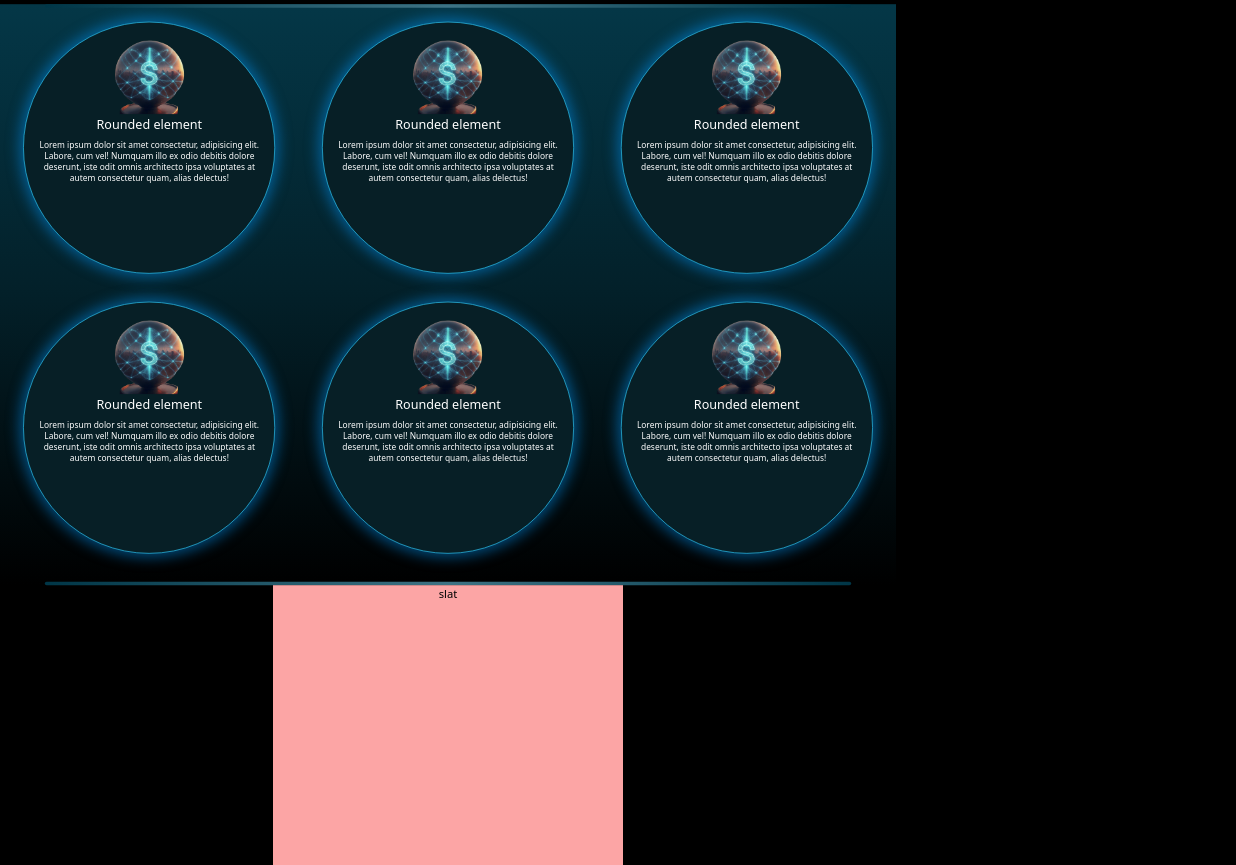
Repository: TMuse333/q3-desings2
Page: /
These files come from the project's save history. The page is drawn as it stood at one moment and after the next save; the edit follows.
The browser window is 1280 px wide. The page is 1280 px wide, then 1766 px, so the pictures cover 1766 px, including what lies to the right of the window. The pictures show the part of the page from y = 1630 to 2990 px (the page is 2866 px tall before and 2990 px after), at 70% of full size.
The project was rebuilt for these pictures with package versions that can differ from the ones it lists, and the page was loaded fresh each time. Also part of the build but not shown: vite.config.ts.

Above is the page before, as saved 2024-05-11 14:18:35.

### src/main.tsx
import React from 'react'
import ReactDOM from 'react-dom/client'
import App from './App.js'
import './index.css'
import {ContextProvider} from './context/context'

ReactDOM.createRoot(document.getElementById('root')!).render(
  <ContextProvider>
  <React.StrictMode>
    <App />
  </React.StrictMode>
  </ContextProvider>,
)

### src/App.tsx


import './App.css'

import Homepage from './components/homepage/homepage'

function App() {


  return (
    <>
<Homepage/>
    </>
  )
}

export default App

### src/index.css
@tailwind base;
@tailwind components;
@tailwind utilities;

#root{
    background-color: black;
    height:100vh;
}

body{
    background-color: black;
}

button{
    padding:0.5rem 2rem;
    background-color: black;
    color:white;
    border-radius: 1rem;
}

h1{
    color:white;
    font-size: 2rem;
}

p{
    color:white;
    /* font-size: 1.5rem; */
}

button{
    background-color: #00769e;
}

.glow {
    box-shadow: 0 0 20px 5px #3e7384;
    box-shadow: 0 0 20px 5px #003647;
box-shadow: 0 0 20px 5px rgba(2, 148, 245, 0.5);
}

.glow:hover{
    box-shadow: 0 0 40px 5px rgba(2, 148, 245, 0.5);
}

### src/context/context.tsx
import React, { createContext, useState, useContext, ReactNode, useEffect } from 'react';

// Define the type for the context value
interface GeneralContextType {
  textYPosition: number;
  setTextYPosition: React.Dispatch<React.SetStateAction<number>>;
  isMobile: boolean;
  setIsMobile: React.Dispatch<React.SetStateAction<boolean>>;
  setSecondCircleComplete:React.Dispatch<React.SetStateAction<boolean[]>>;
  secondCircleComplete: boolean[];
  isMobile2: boolean;
  setIsMobile2: React.Dispatch<React.SetStateAction<boolean>>;
  handleCircleComplete: (index: number, value: boolean) => void;
}

// Create the context
export const GeneralContext = createContext<GeneralContextType | undefined>(undefined);

// Create a provider component
export const ContextProvider: React.FC<{ children: ReactNode }> = ({ children }) => {
  // Initialize the value state
  const [textYPosition, setTextYPosition] = useState<number>(0);

  // Detect mobile devices
  const [isMobile, setIsMobile] = useState<boolean>(window.innerWidth <= 655);

  const [isMobile2, setIsMobile2] = useState<boolean>(window.innerWidth <= 655);

  const [secondCircleComplete, setSecondCircleComplete] = useState<boolean[]>(
    Array.from({ length: 7 }, () => false)
  );

  const handleCircleComplete = (index: number, value: boolean) => {
    setSecondCircleComplete((prev) => {
      const newState = [...prev]; // Create a copy of the previous state array
      newState[index] = value; // Update the value at the specified index
      return newState; // Return the new state array
    });
  };



  useEffect(() => {
    const handleScroll = () => {
      setIsMobile(window.innerWidth <= 655);
    };
    window.addEventListener('scroll', handleScroll);
    handleScroll();

    return () => {
      window.removeEventListener('scroll', handleScroll);
    };
  }, []);

  useEffect(() => {
    const handleScroll = () => {
      setIsMobile2(window.innerWidth <= 400);
    };
    window.addEventListener('scroll', handleScroll);
    handleScroll();

    return () => {
      window.removeEventListener('scroll', handleScroll);
    };
  }, []);

  useEffect(() => {
    console.log('is mobile', isMobile);
  }, [isMobile]);

  const contextValue = {
    textYPosition,
    setTextYPosition,
    isMobile,
    setIsMobile,
    secondCircleComplete,
    setSecondCircleComplete,
    isMobile2,
    setIsMobile2,
    handleCircleComplete
  };

  return <GeneralContext.Provider value={contextValue}>{children}</GeneralContext.Provider>;
};

export const useGeneralContext = (): GeneralContextType => {
  const context = useContext(GeneralContext);
  if (!context) {
    throw new Error('useGeneralContext must be used within a ContextProvider');
  }
  return context;
};

### src/App.css
#root {
  max-width: 1280px;
  margin: 0 auto;
  padding: 2rem;
  text-align: center;
}

.logo {
  height: 6em;
  padding: 1.5em;
  will-change: filter;
  transition: filter 300ms;
}
.logo:hover {
  filter: drop-shadow(0 0 2em #646cffaa);
}
.logo.react:hover {
  filter: drop-shadow(0 0 2em #61dafbaa);
}

.h1{
  color:red;
}

@keyframes logo-spin {
  from {
    transform: rotate(0deg);
  }
  to {
    transform: rotate(360deg);
  }
}

@media (prefers-reduced-motion: no-preference) {
  a:nth-of-type(2) .logo {
    animation: logo-spin infinite 20s linear;
  }
}

.card {
  padding: 2em;
}

.read-the-docs {
  color: #888;
}

### src/components/homepage/homepage.tsx
import React from "react";
import { CircleInfoGraphic } from "../circleInfographic/circleInfoGraphic";
import Content from "../content/content";
import q3 from '../../media/q3-visuals-logo-2.png'
import TextFormat from "../textFormat/textFormat";

// import { TextParallaxContentExample } from "../parallaxText/parallaxText";
import MultiLayerParallax from "../mountainParallax/mountainParallax";
import ParticlesComponent from "../particles/particles";
import nobgLaptop from '../../media/Gemini_Generated_Image_r055a1r055a1r055-removebg-preview.png'
import moneyBall from '../../media/futuristic-money-ball-removebg-preview.png'
import { description1 } from "../../data/data";
import AlternatingText from "../alternatingText/alternatingText";

import CircleList from "../circleListElement/circleList";
import Carousel from "../carousel/carousel";


const Homepage: React.FC = () => {

    const images = [
        moneyBall,
        nobgLaptop,
        q3
    ]


    // useEffect(() => {
    //     const loadTime = window.performance.timing.loadEventEnd - window.performance.timing.navigationStart;
    //     console.log('Page load time:', loadTime, 'milliseconds');
    // }, []);



    return (
        <section className="absolute top-0 left-0 w-screen">


            {/* <ParticlesComponent/> */}
            <MultiLayerParallax/>

            {/* <TextParallaxContentExample/> */}

            {/* <Content
            mainTitle='Your digital presence is important'
            image={nobgLaptop}
            customText={null}
            reverse={true}
            description={description1}
            floatingImage={true}
            hasAnimation={true}
            />

            <AlternatingText/>

            <Content
            mainTitle='Benefits of a website'
            image={moneyBall}
            customText={<TextFormat
            isAnimated={true}
            reverse={false}/>}
            reverse={false}
            description={null}
            floatingImage={true}
            hasAnimation={true}

            /> */}



<div className="relative bg-gradient-to-b from-[#043747] via-[#032029] to-transparent w-screen">
<CircleList/>
</div>

<div className="relative bg-gradient-to-b from-[#043747] via-[#032029] to-transparent w-screen">

<CircleInfoGraphic/>
</div>


<Carousel images={images}

/>




        </section>
    )
}


export default Homepage

### src/components/circleInfographic/circleInfoGraphic.tsx
import React, {useState,useRef } from "react";
import ball from '../../media/futuristic-money-ball-removebg-preview.png'
import { motion,Variants} from 'framer-motion'
import useIntersectionObserver from "../intersectionObserver/intersectionObserver";
interface CircleProps {
    image:string
}

const CircleElement: React.FC<CircleProps> = ({image}) => {

    const [inView, setInView] = useState<boolean>(false)

    const options = {
        root: null,
        rootMargin: '-25px',
        threshold: 1,
    };

    // Apply intersection observer hook to detect when the component is in view
    const componentRef = useIntersectionObserver(setInView, options);

    const circleVariants:Variants =  {
        initial:{
            opacity:0,
            y:-60
        },
        animate:{
            opacity:1,
            y:0
        }
    }

    return (
        <motion.section
        ref={componentRef}
        variants={circleVariants}
        initial='initial'
        animate={inView ? 'animate' : 'initial'}
         className={`mt-5 mb-5
        rounded-full bg-[#071f26] hover:bg-[#0e3a47]
        mr-auto ml-auto transition-all
        h-[95vw] w-[95vw] border border-[#2dc0eb]
        flex flex-col  shadow-xl max-w-[360px]
        max-h-[360px]
        sm:w-[48vw] sm:h-[48vw]
        lg:w-[32vw] lg:h-[32vw]
        ${inView ? 'glow' : ''}`}>

            <div className="mt-4">
            <img className="w-[35vw]
            max-w-[115px] max-h-[115px] h-[35vw]
            sm:w-[10vw] sm:h-[10vw] object-cover
            mr-auto ml-auto"
            src={image}
            />
            <h1 className="text-3xl sm:text-lm lg:text-lg ">Rounded element</h1>
            <p className=" ml-auto mr-auto text-sm sm:text-xs pr-5 pl-5 pt-2">Lorem ipsum dolor sit amet consectetur, adipisicing elit. Labore, cum vel! Numquam illo ex odio debitis dolore deserunt, iste odit omnis architecto ipsa voluptates at autem consectetur quam, alias delectus!</p>
            </div>
        </motion.section>
    )
}


export const CircleInfoGraphic = () => {

    return (
        <>
          <div className="mt-5
        w-[90vw] h-[5px]
         bg-gradient-to-r from-[#003647] via-[#3e7384] to-[#003647]
        ml-auto mr-auto rounded-[200rem]
        ">

       </div>
        <section className={`flex
         justify-center flex-col items-center
          sm:grid sm:grid-cols-2 lg:grid-cols-3
           gap-4 lg:gap-0 w-screen max-w-[1500px]  ml-auto mr-auto
          `}>
            <CircleElement
            image={ball}/>
             <CircleElement
            image={ball}/>
                  <CircleElement
            image={ball}/>
             <CircleElement
            image={ball}/>
             <CircleElement
            image={ball}/>
                  <CircleElement
            image={ball}/>
        </section>
        <div className="mt-5
        w-[90vw] h-[5px]
         bg-gradient-to-r from-[#003647] via-[#3e7384] to-[#003647]
        ml-auto mr-auto rounded-[200rem]">

       </div>
       </>
    )
}

### src/components/mountainParallax/mountainParallax.tsx
import  { useRef } from "react";
import bottom from '../../media/bottom-mountain.png'

import full from '../../media/no-bg-mountain.png'
import q3 from '../../media/q3-words.png'
import { motion, useScroll, useTransform } from 'framer-motion'

export default function MultiLayerParallax() {
    const ref = useRef(null);
    const { scrollYProgress } = useScroll({
      target: ref,
      offset: ["start start", "end start"],
    });
    const backgroundY = useTransform(scrollYProgress, [0, 1], ["0%", "100%"]);
    const textY = useTransform(scrollYProgress, [0, 1], ["-20%", "200%"]);

    return (
      <div
        ref={ref}
        className="w-full h-screen overflow-hidden relative grid place-items-center"
      >
       {/* <motion.div className="z-10 relative"
         style={{ y: textY }}> */}
        <motion.img
style={{
    y:textY
}}
        src={q3}
          className="relative z-10 b"
        />
        {/* <motion.h1 className="relative z-10"
        style={{
            y:textY
        }}>
            slatry
        </motion.h1> */}


        <motion.p style={{
             y:textY
        }}
         className="text-white text-2xl relative z-10  mt-[-30rem] sm:-mt-[40rem]">Elevating Brands with discipline and creativity
         </motion.p>
         {/* </motion.div> */}


        <motion.div
          className="absolute inset-0 z-0"
          style={{
            backgroundImage: `url(${full})`,
            backgroundPosition: "bottom",
            backgroundSize: "cover",
            y: backgroundY,
          }}
        />
        <div
          className="absolute inset-0 z-20"
          style={{
            backgroundImage: `url(${bottom})`,
            backgroundPosition: "bottom",
            backgroundSize: "cover",
          }}
        />
      </div>
    );
  }

### src/components/circleListElement/circleList.tsx
import React, {useState} from "react";
import AppearingCircle from "../circleContent/appearingCircle";
import ball from '../../media/futuristic-money-ball-removebg-preview.png'
import {motion, Variants} from 'framer-motion'
import { useGeneralContext } from "../../context/context";
import laptop from '../../media/Gemini_Generated_Image_r055a1r055a1r055-removebg-preview.png'
import useIntersectionObserver from "../intersectionObserver/intersectionObserver";

interface CircleProps {
    image:string,
    title: string,
    description:string

    index:number
secondCircleComplete: boolean,
handleCircleComplete: (index: number, value: boolean) => void;
}

const CircleListElement: React.FC<CircleProps> = ({image,title, description,
    handleCircleComplete,secondCircleComplete,index
}) => {

    const [descriptionClicked, setDescriptionClicked] = useState<boolean>(false)

    function handleDescriptionClick() {
        setDescriptionClicked(!descriptionClicked)
    }





    const { isMobile }  = useGeneralContext()

    const headerVariants: Variants = {
        initial:{
            opacity:0,
            y: isMobile ? -20 : 0,
        },
        animate:{
            opacity:1,
            y:0,
            transition:{
                delay: 0.3
            }
        }

    }




    return (
        <div className=" relative flex glow justify-center  md:h-[220px]
        h-[220px] sm:h-[auto]
        md:flex-row w-[calc(100vw-5px)]  md:w-[40vw] sm2:w-[40vw] items-center sm:items-start mb-10 md:mt-3 bg-[#011f29]
        rounded-3xl max-w-[490px] ml-auto mr-auto border border-q-blue">
<AppearingCircle
secondCircleComplete={secondCircleComplete}
handleCircleComplete={handleCircleComplete}
image={image}
index={index}


/>
<section className="relative text-left pr-0 flex flex-col bg-[#011f29] rounded-3xl
h-auto min-h-0 max-h-full   items-center z-1">
<motion.h1
onClick={handleDescriptionClick}
variants={headerVariants}
initial={'initial'}
animate={secondCircleComplete ? 'animate' : 'initial'}
 className="text-white text-xl w-[80px]  ml-auto mr-auto mt-5
 "
>{title}
 </motion.h1>

<p className={`rounded-lg text-left mt-3 pl-3 pr-3 bg-blue-600 transition-height ease-in duration-300 bg-blue-800 ${descriptionClicked ? ' h-[220px] w-[125px] overflow-scroll pt-5 border-2 border-rose-500' : 'h-0 w-[125px]  overflow-hidden pt-0'}`}>
  {description}
</p>
</section>

        </div>
    )
}



const CircleList: React.FC = () => {

    const {secondCircleComplete, handleCircleComplete}
    = useGeneralContext()

    return (
        <>
        <h1>We get it done</h1>
 <section className="relative
         sm2:grid sm2:grid-cols-2 gap-4 max-w-[1200px] ml-auto
         mr-auto justify-center items-center
">
            {/* <div className="-translate-x-5"> */}
            <CircleListElement
            handleCircleComplete={handleCircleComplete}
            secondCircleComplete={secondCircleComplete[0]}
        index={0}
            image={ball}
            title='Absolute Tenacity'
            description='Be a man of your word'
            />
            {/* </div> */}
            <CircleListElement
            secondCircleComplete={secondCircleComplete[1]}
            handleCircleComplete={handleCircleComplete}
            index={1}
            image={laptop}

            title='Extreme Discipline'
            description='Gym. Code. Quantum Realm. Repeat'
            />

            <CircleListElement
            secondCircleComplete={secondCircleComplete[2]}
            handleCircleComplete={handleCircleComplete}
            index={2}
            image={ball}
            title='Code over templates'
            description='We are not template using pussies we write banging code'
            />

            <CircleListElement
            secondCircleComplete={secondCircleComplete[3]}
            handleCircleComplete={handleCircleComplete}
            index={3}
            image={ball}
            title='Refusal to fail'
            description='Gym. Code. Quantum Realm. Repeat'
            />

<CircleListElement
secondCircleComplete={secondCircleComplete[4]}
handleCircleComplete={handleCircleComplete}
index={4}
            image={ball}
            title='Keeps in touch'
            description='We are not template using pussies we write banging code'
            />

            <CircleListElement
            secondCircleComplete={secondCircleComplete[5]}
            handleCircleComplete={handleCircleComplete}
            index={5}
            image={ball}
            title='Top Tier Design'
            description='Gym. Code. Quantum Realm. Repeat'
            />



        </section>
        </>
    )
}

export default CircleList

### src/components/carousel/carousel.tsx
import React, {useState} from 'react'
import { ChevronLeft, ChevronRight } from "react-feather";

interface CarouselProps {
    images:string[]
}


const Carousel:React.FC<CarouselProps> = ({images}) =>{

    const [imageIndex, setImageIndex] = useState<number>(0)

    const handleNext = () => {
        setImageIndex((prevIndex) => (prevIndex + 1) % images.length);
      };

      const handlePrev = () => {
        setImageIndex((prevIndex) => (prevIndex - 1 + images.length) % images.length);
      };

    return (
        <>

        <div className='w-screen  z-3
flex
justify-center items-center'>


        <section className=' relative w-[500px] bg-red-300
        h-[400px]   '>
            slat



            {/* <div className='flex   relative '
             >
                {images.map((image,index) => (
                    <img src={image}
                    key={index}
                    className='transition-transform
                    h-[500px]
                    border border-white
                    '
                    style={{
                        transform:`translateX(-${imageIndex * 100}%)`
                    }}

                    />
                ))}
                    <div className=' w-[100%]
                    flex flex-row justify-between
                    top-[50%]'>



                <button className='bg-transparent absolute
                left-[0%] top-[50%] p-0'>
                    <ChevronLeft
                    onClick={handlePrev}
                    size={40}/>
                </button>

                <button className='bg-transparent absolute
                right-[0%] top-[50%] p-0'>
                 <ChevronRight
                 onClick={handleNext}
                 size={40}/>
                </button>
            </div>
            </div> */}
        </section>
        </div>
            </>

    )
}

export default Carousel

### src/components/intersectionObserver/intersectionObserver.tsx
import { useEffect, useRef, Dispatch, SetStateAction } from "react";

interface IntersectionObserverOptions {
  root: Element | null;
  rootMargin?: string;
  threshold?: number | number[];
}

const useIntersectionObserver = (
  setInView: Dispatch<SetStateAction<boolean>>,
  options: IntersectionObserverOptions
) => {
  const componentRef = useRef<HTMLDivElement>(null);

  useEffect(() => {
    const observer = new IntersectionObserver(([entry]) => {
      // Update the state based on whether the component is in view
      if (entry.isIntersecting) {
        setInView(true);
        observer.disconnect();
      }
    }, options);

    if (componentRef.current) {
      observer.observe(componentRef.current);
    }

    return () => {
      if (componentRef.current) {
        observer.unobserve(componentRef.current);
      }
    };
  }, [setInView, options]);

  return componentRef;
};

export default useIntersectionObserver;

Loaded but not shown: index.html (common file); tailwind.config.js (21 lines, source omitted); src/components/circleContent/appearingCircle.tsx (297 lines, source omitted)

After the next save:
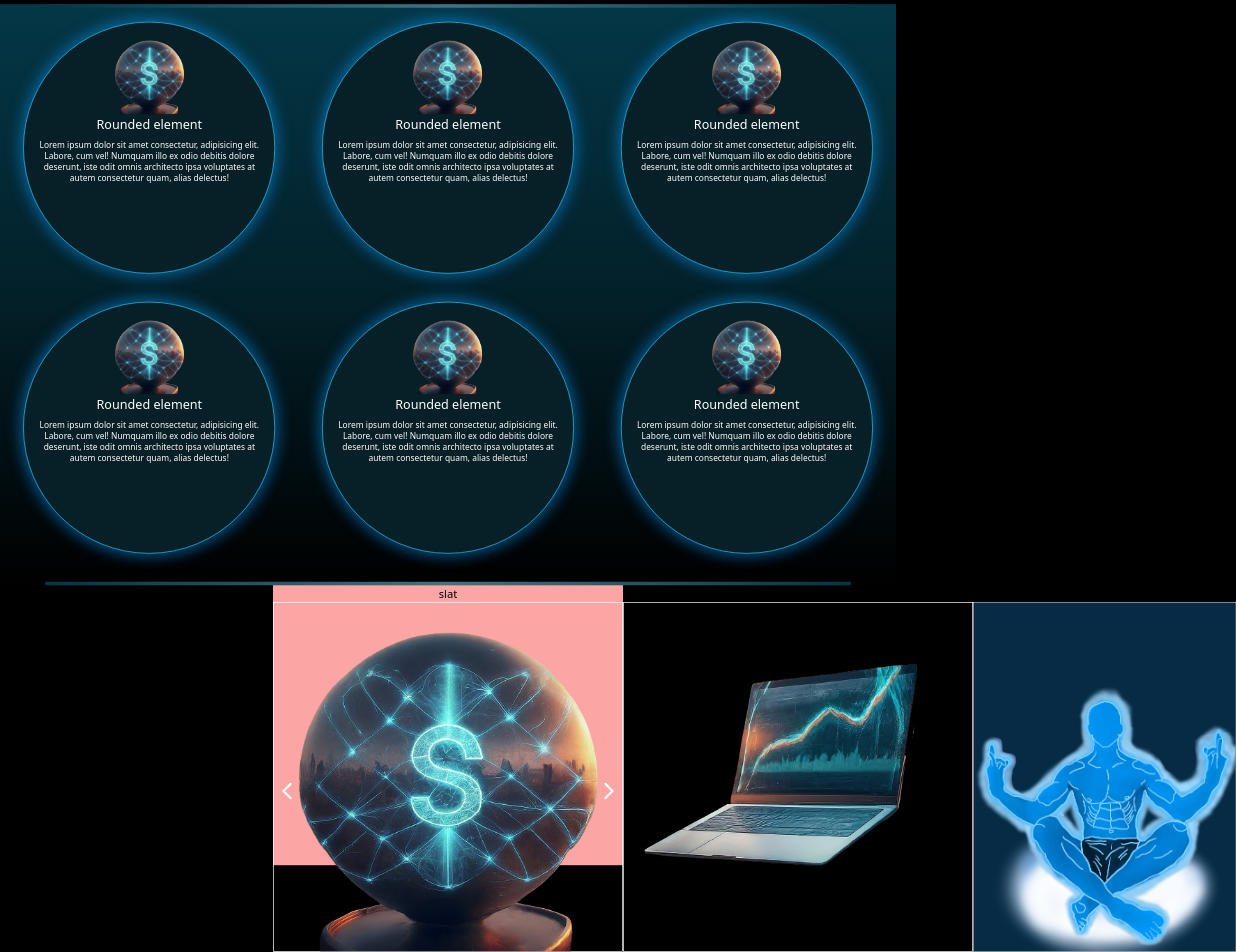
Saved 9 s later.
--- a/src/components/carousel/carousel.tsx
+++ b/src/components/carousel/carousel.tsx
@@ -32,7 +32,7 @@ justify-center items-center'>
 
 
 
-            {/* <div className='flex   relative '
+            <div className='flex   relative '
              >
                 {images.map((image,index) => (
                     <img src={image}
@@ -67,7 +67,7 @@ justify-center items-center'>
                  size={40}/>
                 </button>
             </div>
-            </div> */}
+            </div>
         </section>
         </div>
             </>
